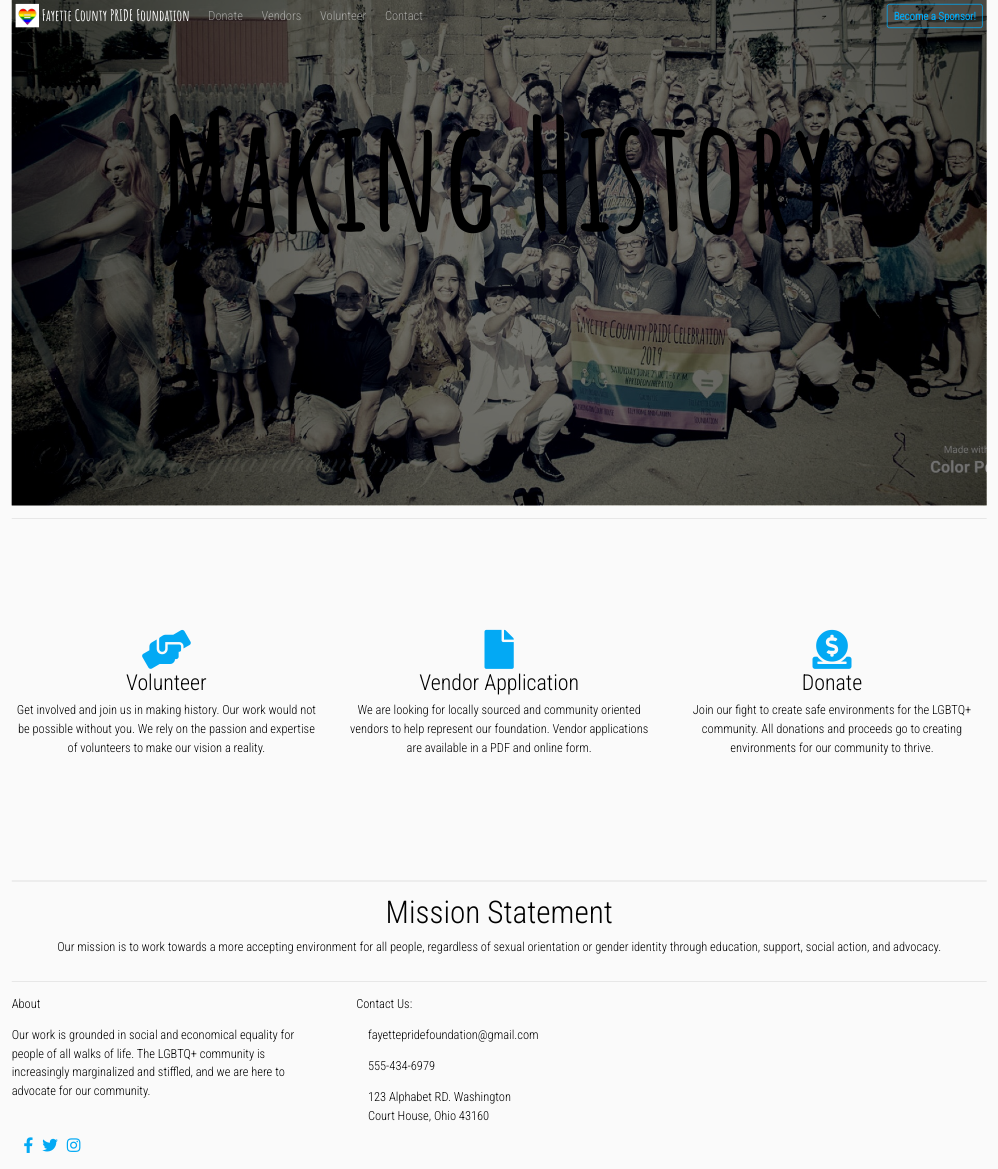
Repository: Code-Institute-Submissions/https-github.com-callendera-Milestone-Project-2
Page: index.html
The author's editor kept a record of every edit. The page is drawn from the files as they stood at one moment, then again after the next edit.
The browser window is 1280 px wide. The pictures show the whole page, at 78% of full size.
Backgrounds fixed to the window are drawn as part of the page. Some web libraries are served in a nearby version.

Above is the page before.

After the next edit:
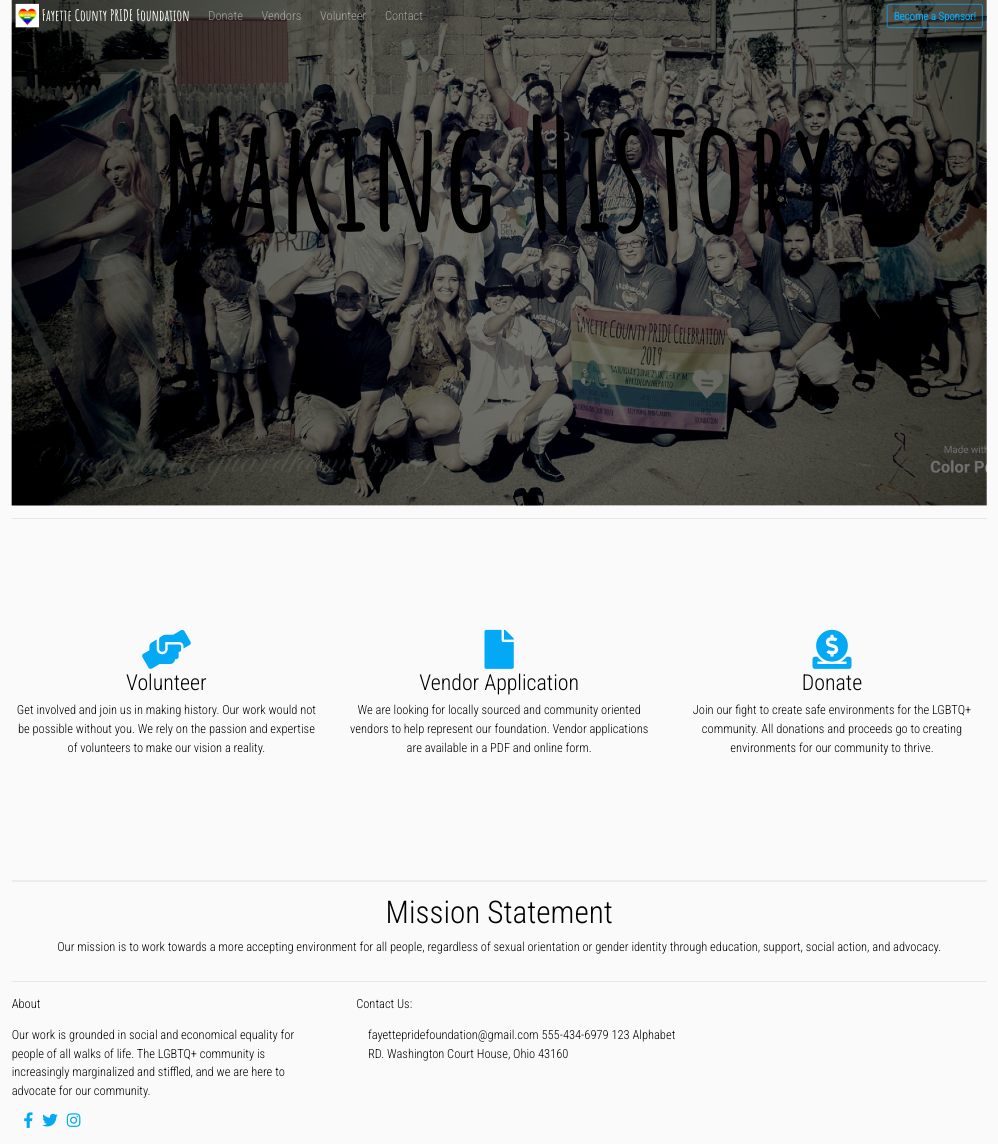
The edit:
--- a/index.html
+++ b/index.html
@@ -121,9 +121,9 @@
                         <div class="col-12">
                             <p>Contact Us:<p>
                                 <div class="col-12">
-                            <p>fayettepridefoundation@gmail.com<p>
-                            <p>555-434-6979<p>
-                            <p>123 Alphabet RD. Washington Court House, Ohio 43160<p>
+                            <p>fayettepridefoundation@gmail.com
+                            555-434-6979
+                            123 Alphabet RD. Washington Court House, Ohio 43160<p>
                                 </div>
                         </div>
 
